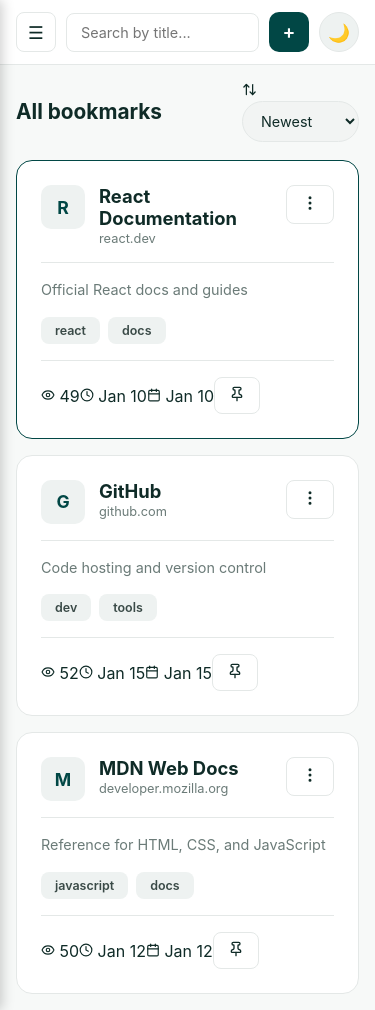
Repository: K0k1M4r/Big-Game-React
Page: /
An editor plug-in stored every save of this project. The page is shown before and after the next save, followed by the edit.
The browser window is 375 px wide. The pictures show the whole page.
The project was rebuilt for these pictures with package versions that can differ from the ones it lists, and the page was loaded fresh each time. Also part of the build but not shown: vite.config.js, src/components/Modal.jsx, src/components/BookmarkForm.jsx.

Above is the page before, as saved 2026-09-23 19:45:36.

After the next save:
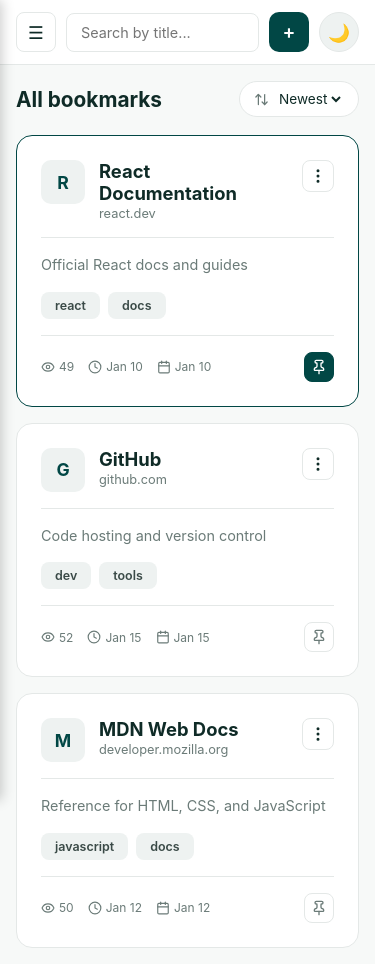
Saved 26 s later.
--- a/src/index.css
+++ b/src/index.css
@@ -92,14 +92,18 @@
 /* ===== App Layout ===== */
 .app {
   min-height: 100vh;
-  display: flex;
-  flex-direction: column;
 }
 
 .app-body {
   display: flex;
+  min-height: 100vh;
+}
+
+.main-column {
   flex: 1;
-  position: relative;
+  display: flex;
+  flex-direction: column;
+  min-width: 0;
 }
 
 .logo-icon {
@@ -324,9 +328,30 @@
   font-weight: 700;
 }
 
+.sort-wrapper {
+  display: flex;
+  align-items: center;
+  gap: 6px;
+  border: 1px solid var(--border-color);
+  border-radius: 999px;
+  padding: 8px 14px;
+  background-color: var(--card-bg);
+  color: var(--muted-text);
+  flex-shrink: 0;
+}
+
 .sort-select {
-  max-width: 180px;
-  border-radius: 999px;
+  border: none;
+  background: transparent;
+  padding: 0;
+  width: auto;
+  color: var(--text-color);
+  font-size: 0.85rem;
+  cursor: pointer;
+}
+
+.sort-select:focus {
+  outline: none;
 }
 
 /* ===== Bookmark List & Card ===== */
@@ -385,11 +410,6 @@
 .bookmark-domain {
   font-size: 0.8rem;
   color: var(--muted-text);
-}
-
-.pin-badge {
-  font-size: 0.9rem;
-  flex-shrink: 0;
 }
 
 .bookmark-divider {
@@ -419,18 +439,89 @@
   border-radius: 8px;
 }
 
-.card-actions {
-  display: flex;
-  flex-wrap: wrap;
-  gap: 8px;
-}
-
-.card-actions button {
-  flex: 1;
-  min-width: 70px;
-  font-size: 0.8rem;
-  padding: 8px 10px;
-  border-radius: 8px;
+/* ===== Card top-right menu ===== */
+.card-menu {
+  position: relative;
+  flex-shrink: 0;
+}
+
+.card-menu-btn {
+  width: 32px;
+  height: 32px;
+  padding: 0;
+  display: flex;
+  align-items: center;
+  justify-content: center;
+  background: transparent;
+  border: 1px solid var(--border-color);
+  border-radius: 8px;
+}
+
+.card-menu-dropdown {
+  position: absolute;
+  top: 38px;
+  right: 0;
+  background-color: var(--card-bg);
+  border: 1px solid var(--border-color);
+  border-radius: 10px;
+  box-shadow: 0 4px 16px rgba(0, 0, 0, 0.15);
+  display: flex;
+  flex-direction: column;
+  min-width: 130px;
+  overflow: hidden;
+  z-index: 10;
+}
+
+.card-menu-dropdown button {
+  border: none;
+  border-radius: 0;
+  text-align: left;
+  padding: 10px 14px;
+  font-size: 0.85rem;
+  background: transparent;
+}
+
+.card-menu-dropdown button:hover {
+  background-color: var(--tag-bg);
+}
+
+.card-menu-dropdown .menu-delete {
+  color: var(--error-color);
+}
+
+/* ===== Card bottom meta row ===== */
+.bookmark-meta {
+  display: flex;
+  align-items: center;
+  gap: 14px;
+  font-size: 0.75rem;
+  color: var(--muted-text);
+}
+
+.meta-item {
+  display: flex;
+  align-items: center;
+  gap: 4px;
+}
+
+.pin-icon-btn {
+  margin-left: auto;
+  width: 30px;
+  height: 30px;
+  padding: 0;
+  display: flex;
+  align-items: center;
+  justify-content: center;
+  border-radius: 8px;
+  background: transparent;
+  border: 1px solid var(--border-color);
+  color: var(--muted-text);
+}
+
+.pin-icon-btn.active {
+  background-color: var(--accent-color);
+  border-color: var(--accent-color);
+  color: #ffffff;
 }
 
 .archived-label {
@@ -517,14 +608,10 @@
   font-weight: 600;
 }
 
-/* ===== Responsive: Tablet — sidebar becomes a drawer, header row stays otherwise the same ===== */
+/* ===== Responsive: Tablet — sidebar becomes a drawer ===== */
 @media (max-width: 1024px) {
   .menu-btn {
     display: flex;
-  }
-
-  .app-body {
-    flex-direction: column;
   }
 
   .sidebar {
@@ -543,7 +630,7 @@
   }
 }
 
-/* ===== Responsive: Mobile — search bar and Add button collapse to fit narrow screens ===== */
+/* ===== Responsive: Mobile — search bar and Add button collapse ===== */
 @media (max-width: 600px) {
   .app-header {
     padding: 12px 16px;
@@ -587,8 +674,4 @@
   .content-header {
     flex-wrap: wrap;
   }
-
-  .sort-select {
-    max-width: 100%;
-  }
-}
+}
